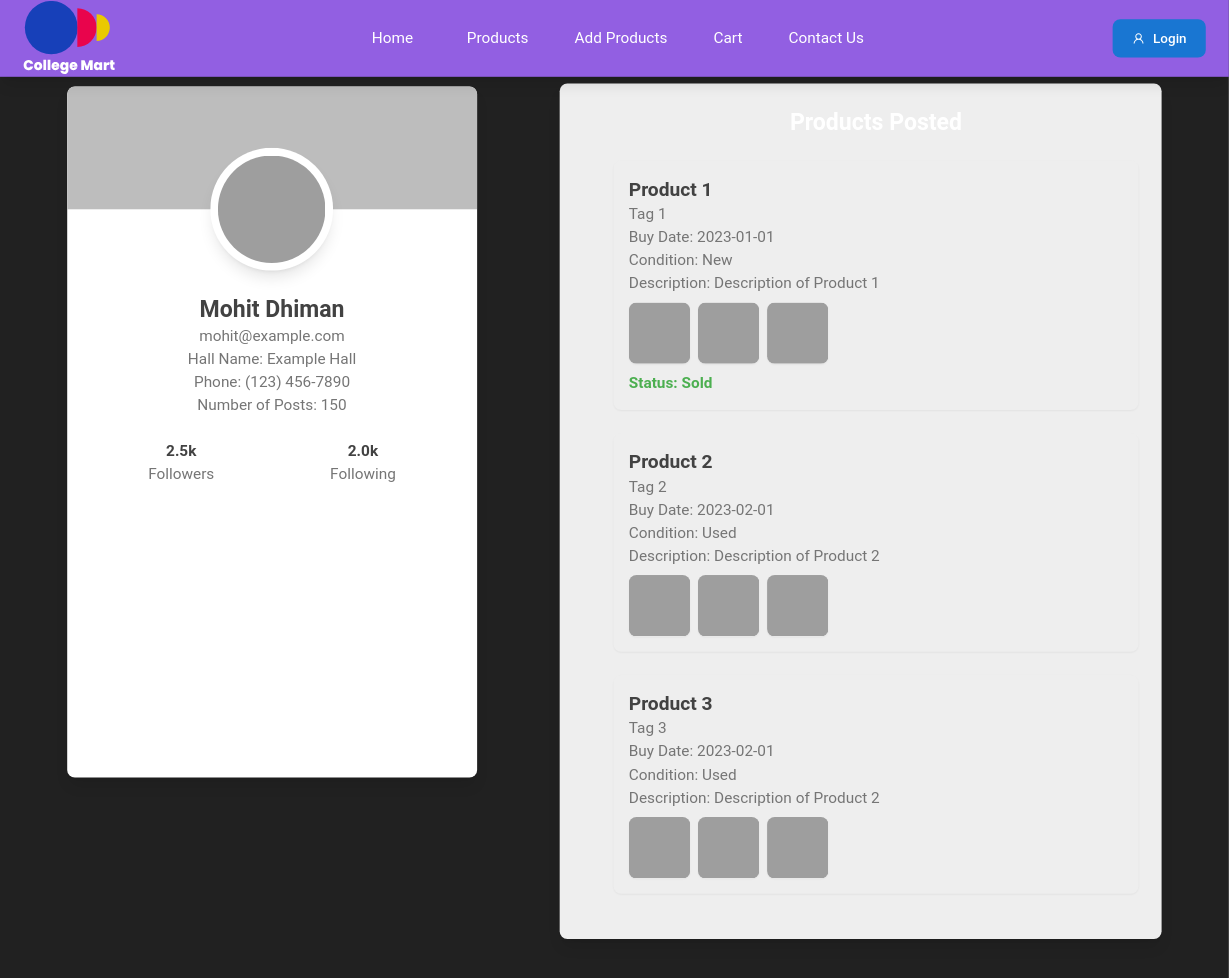
Repository: kumar1397/College-Mart
Page: /home/profile
These files come from the project's save history. The page is drawn as it stood at one moment and after the next save; the edit follows.
The browser window is 1280 px wide. The pictures show the whole page, at 96% of full size.
Pictures or frames that could not be fetched are drawn as grey boxes. Some web fonts or font styles are not loaded; a fallback is used. Some web libraries are served in a nearby version. The project was rebuilt for these pictures with package versions that can differ from the ones it lists, and the page was loaded fresh each time. Also part of the build but not shown: src/components/forgetPassword/forgetpassword.jsx, src/components/Auth.js, src/components/hero/Heronavbar.jsx, src/components/hero/footer.jsx, src/components/hero/Carousel.jsx, src/components/hero/Hero.jsx, src/components/new-home-page/header.jsx, src/components/new-home-page/footer_cont.jsx and 12 more.

Above is the page before, as saved 2024-07-15 16:11:35.

After the next save:
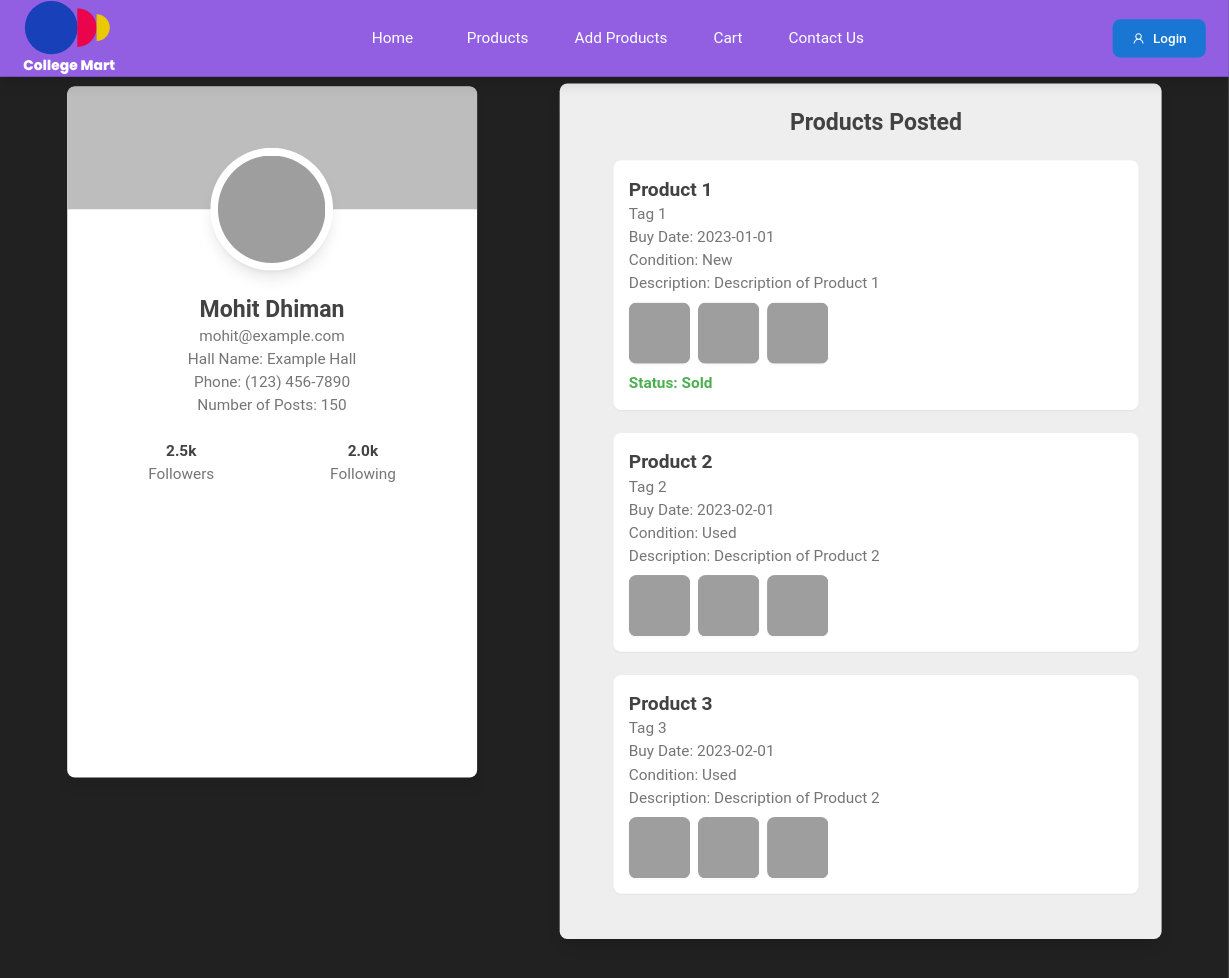
Saved 23 s later.
--- a/src/components/profile/profile.jsx
+++ b/src/components/profile/profile.jsx
@@ -65,10 +65,10 @@ export default function Profile() {
 
                     <div className="lg:ml-1/3 w-full bg-gray-200 rounded-lg shadow-lg overflow-y-auto h-full pl-8" style={{ marginLeft: "45%" , marginTop: "2%"}}>
                         <div className="p-6">
-                            <h2 className="text-2xl font-semibold text-white text-center">Products Posted</h2>
+                            <h2 className="text-2xl font-semibold text-gray-800 text-center">Products Posted</h2>
                             <div className="mt-6 space-y-6">
                                 {products.map((product, index) => (
-                                    <div key={product.id} className="p-4 bg-gray-200 rounded-lg shadow-sm">
+                                    <div key={product.id} className="p-4 bg-white rounded-lg shadow-sm">
                                         <h3 className="text-xl font-bold text-gray-800">{product.name}</h3>
                                         <p className="text-gray-600">{product.tag}</p>
                                         <p className="text-gray-600">Buy Date: {product.buyDate}</p>
